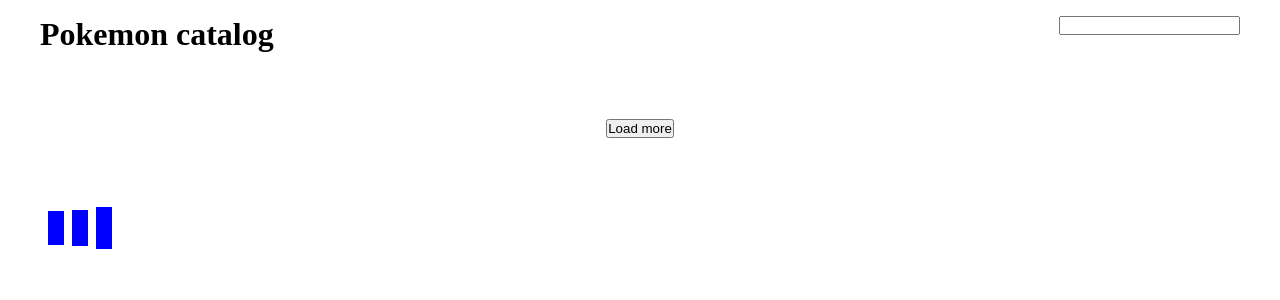
Repository: Ryszard-Penkala/pokemon-API
Page: index.html
The author's editor kept a copy of each file at every save. The page is drawn from the files as they stood at one save, then again after a run of saves.
The browser window is 1280 px wide. The pictures show the whole page.
The page's requests for data from a server got no answer.

Above is the page before, as saved 2020-06-28 07:53:34.

### index.html
<!DOCTYPE html>
<html lang="en">
<head>
    <meta charset="UTF-8">
    <meta name="viewport" content="width=device-width, initial-scale=1.0">
    <link href="https://fonts.googleapis.com/css2?family=Lato:wght@400;700&amp;display=swap" rel="stylesheet">
    <link rel="stylesheet" href="assets/styles/styles.css">
    <title>Pokemon API</title>
</head>
<body>
    <main class="pokemon-app">
        <header class="header-main pokemon-app__header">
            <div class="header-main__catalog">
                <h1 class="header-main__heading">Pokemon catalog</h1>
            </div>
            <div class="header-main__search-bar">
                <input class="header-main__searching header-main__searching--active" type="text">
            </div>
        </header>
        <section class="section-main pokemon-app__section" data-content>

        </section>
        <footer class="footer-main pokemon-app__footer">
            <div class="footer-main__load-bar">
                <button class="footer-main__load-button">Load more</button>
                <div class="footer-main__loader"><div></div><div></div><div></div></div>
            </div>

        </footer>
    </main>


    <script src="assets/js/script.js"></script>
    <script>
        const Catalog = new pokemonAPICatalog();
        Catalog.init();
    </script>
</body>
</html>

### assets/styles/styles.css
*, *::before, *::after{
    margin: 0;
    padding: 0;
    box-sizing: border-box;
}
.body{
    display: flex;
    font-family: "Lato", sans-serif;
}

.pokemon-app{
    max-width: 1200px;
    margin: 0 auto;
}

.header-main{
    display: flex;
    justify-content: space-between;
    padding: 1rem 0;
}

.header-mian__catalog{
    display: inline-block;
}

.header-main__search-bar{
    display: inline-block;
}

.section-main{
    display: grid;
    grid-gap: 25px;
    grid-template-columns: repeat(auto-fit, minmax(250px, 1fr));
}
.section-main__card{
    width: 250px;
}
.card__header{
    display: flex;
    justify-content: space-between;
    line-height: 24px;
}

.card__name{
    font-size: 24px;
}

.card__image{
    width: 250px;
}

.card--bold{
    font-weight: 700;
}

.footer-main__load-button{
  display: block;
  margin: 50px auto;
}




.footer-main__loader {
    display: inline-block;
    position: relative;
    width: 80px;
    height: 80px;
  }
  .footer-main__loader div {
    display: inline-block;
    position: absolute;
    left: 8px;
    width: 16px;
    background: blue;
    animation: footer-main__loader 1.2s cubic-bezier(0, 0.5, 0.5, 1) infinite;
  }
  .footer-main__loader div:nth-child(1) {
    left: 8px;
    animation-delay: -0.24s;
  }
  .footer-main__loader div:nth-child(2) {
    left: 32px;
    animation-delay: -0.12s;
  }
  .footer-main__loader div:nth-child(3) {
    left: 56px;
    animation-delay: 0;
  }
  @keyframes footer-main__loader {
    0% {
      top: 8px;
      height: 64px;
    }
    50%, 100% {
      top: 24px;
      height: 32px;
    }
  }

### assets/js/script.js
class pokemonAPICatalog {
    constructor() {
        this.catalog = null;
        this.cards = [];
        this.page = 1;

        this.API = "https://api.pokemontcg.io";
        this.API_VERSION= "v1";
        this.API_RESOURCE = "cards?pageSize=4&page=2";
        this.API_PAGE_SIZE = "pageSize=4"
        this.API_PAGE = "page="

        this.API_ENDPOINT = `${this.API}/${this.API_VERSION}/${this.API_RESOURCE}?${this.API_PAGE_SIZE}&${this.API_PAGE}${this.page}`;

        this.UiSelectors = {
            content : `[data-content]`
        }
    }
    init(){
        this.catalog = document.querySelector(this.UiSelectors.content);
        this.pullCards();

    }

    async pullCards(){
        const { cards } = await this.fetchData(this.API_ENDPOINT)
        this.cards = [...cards];
        this.addCards(this.cards);
    }


    async fetchData(url){
        const response = await fetch(url);
        const parsedResponse = await response.json();

        return parsedResponse;
    }

    addCards(cards){
        this.cards.map(card => {
            this.catalog.insertAdjacentHTML("beforeend", this.drawCard(card))
        });
    }

    drawCard(card){
        return(
            `<span class="section-main__card">
                <header class="card__header">
                    <span class="card__name card--bold">${card.name}</span>
                    <span class="card__id">Nr: ${card.number}</span>
                </header>
                <img src=${card.imageUrl} class="card__image">
                <footer class="card_footer">
                    <div class="card__supertype">
                        <span class="card__supertype card--bold">Supertype : </span>
                        ${card.supertype}
                    </div>
                    <div class="card__subtype">
                        <span class="card__subtype card--bold">Subtype : </span>
                        ${card.subtype}
                    </div>
                    <div class="card__rarity">
                        <span class="card__rarity card--bold">Rarity : </span>
                        ${card.rarity}
                    </div>
                </footer>
            </span>`
        )
    }
}

After the next 2 saves:
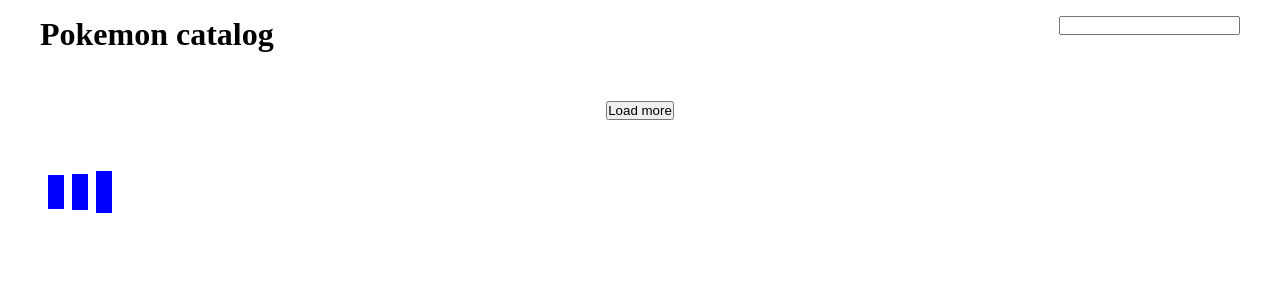
The 2 saves are shown as one change because they came seconds apart.
The last was saved 10 s later.
--- a/assets/styles/styles.css
+++ b/assets/styles/styles.css
@@ -55,7 +55,7 @@
 
 .footer-main__load-button{
   display: block;
-  margin: 50px auto;
+  margin: 2rem auto;
 }
 
 
